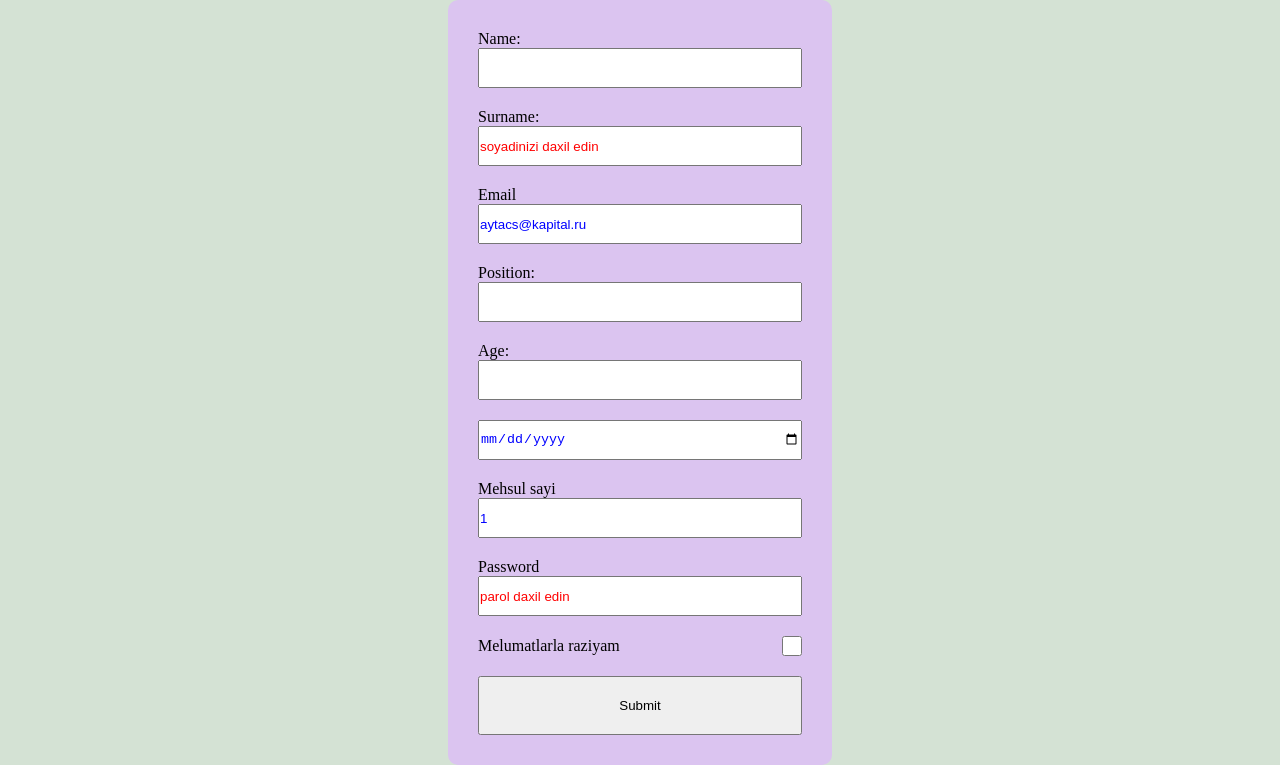
Repository: AytacSafarova/Form-lesson
Page: index.html
These files come from the project's save history. The page is drawn as it stood at one moment and after the next save; the edit follows.
The browser window is 1280 px wide. The pictures show the whole page.

Above is the page before, as saved 2023-08-29 14:48:16.

After the next save:
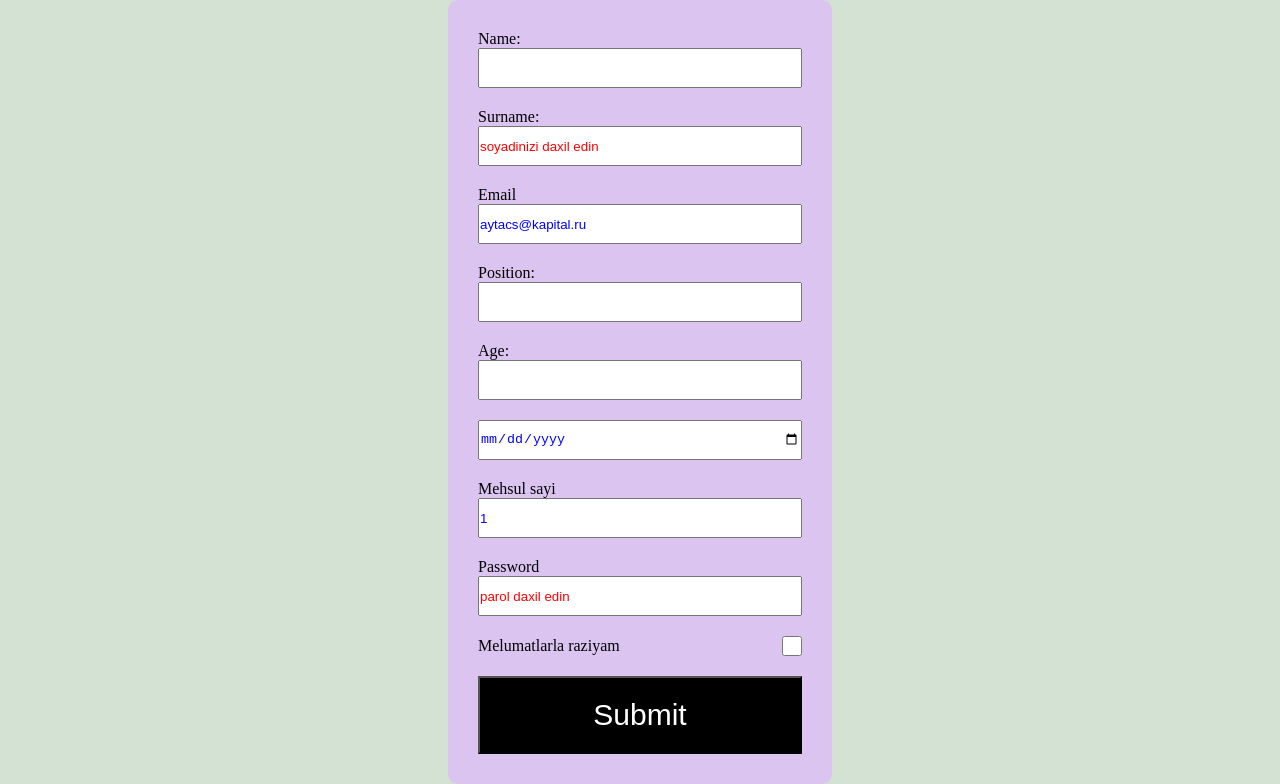
Saved 9 s later.
--- a/index.css
+++ b/index.css
@@ -41,5 +41,7 @@ input::placeholder{
 }
 button{
   padding: 20px;
-  background-color: ;
+  background-color: black;
+  color: white;
+  font-size: 30px;
 }
